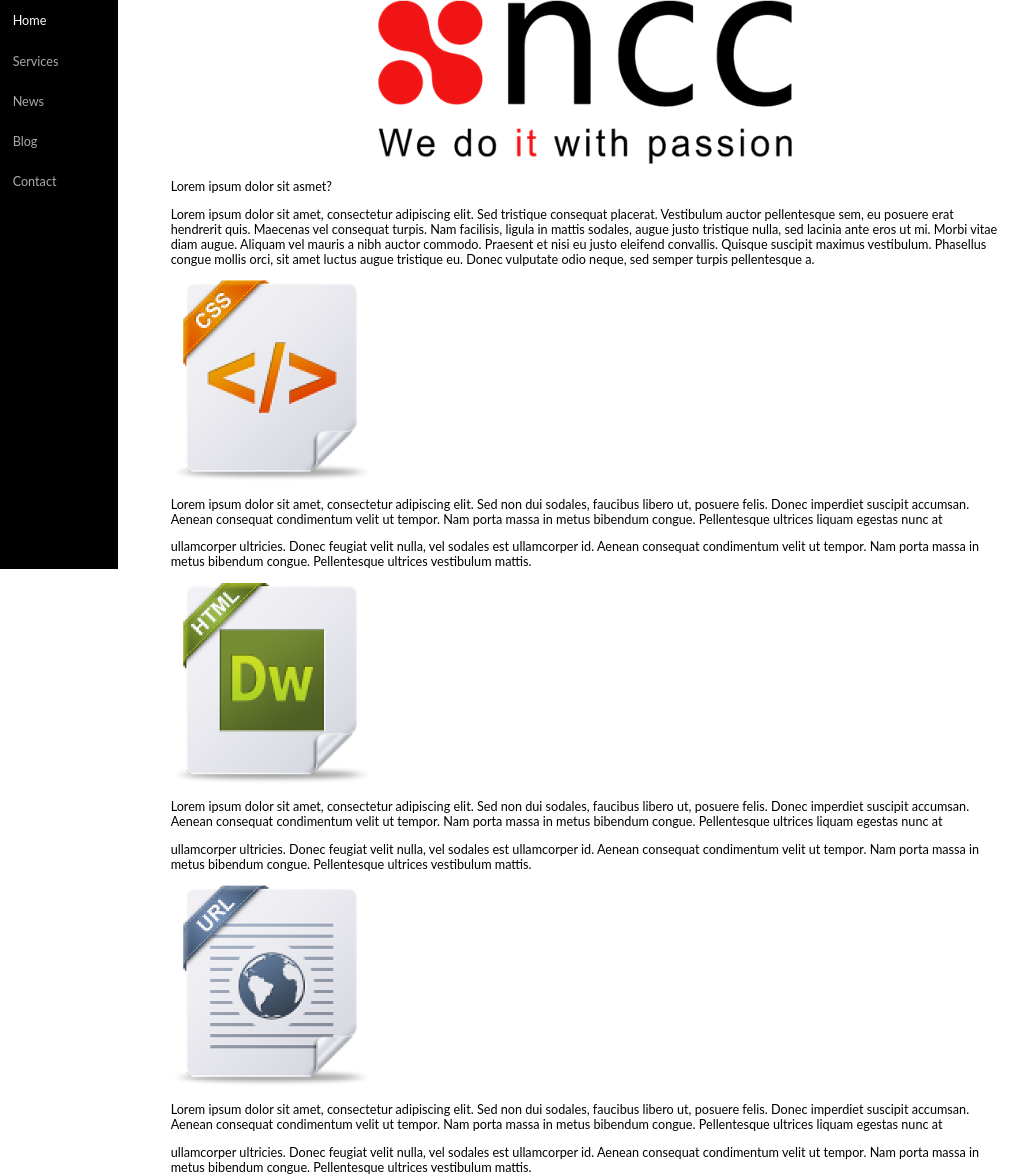
Repository: Chicken2k/testpv
Page: testpv.html
These files come from the project's save history. The page is drawn as it stood at one moment and after a run of saves; the edit follows.
The browser window is 1280 px wide. The pictures show the whole page, at 79% of full size.

Above is the page before, as saved 2022-05-09 17:36:27.

### testpv.html
<!DOCTYPE html>
<html lang="en">

<head>
  <meta charset="UTF-8">
  <meta http-equiv="X-UA-Compatible" content="IE=edge">
  <meta name="viewport" content="width=device-width, initial-scale=1.0">
  <title>Test Pv</title>
  <link rel="stylesheet" href="./testpv.css">
</head>

<body>
  <!-- Page Content -->
  <div class="sidebar">
    <a class="active" href="#home">Home</a>
    <a class="mau_sidebar" href="#news">Services</a>
    <a class="mau_sidebar" href="#news">News</a>
    <a class="mau_sidebar" href="#contact">Blog</a>
    <a class="mau_sidebar" href="#about">Contact</a>
  </div>

  <div class="content">
    <div class="anh1"><img src="./img/279228104_1352489911904387_625900338188127808_n.png" alt="anh1"></div>
    <div>
      <p>Lorem ipsum dolor sit asmet?</p>
      <p>
        Lorem ipsum dolor sit amet, consectetur adipiscing elit. Sed tristique consequat placerat. Vestibulum auctor
        pellentesque sem, eu posuere erat hendrerit quis. Maecenas vel consequat turpis. Nam facilisis, ligula in mattis
        sodales, augue justo tristique nulla, sed lacinia ante eros ut mi. Morbi vitae diam augue. Aliquam vel mauris a
        nibh auctor commodo. Praesent et nisi eu justo eleifend convallis. Quisque suscipit maximus vestibulum.
        Phasellus congue mollis orci, sit amet luctus augue tristique eu. Donec vulputate odio neque, sed semper turpis
        pellentesque a.
      </p>

    </div>
    <div>
      <div class="item1">
        <img src="./img/279432721_801750327865380_1720542181196649752_n.png" alt="anh2">
        <p>Lorem ipsum dolor sit amet, consectetur adipiscing elit. Sed non dui sodales, faucibus libero ut, posuere
          felis. Donec imperdiet suscipit accumsan. Aenean consequat condimentum velit ut tempor. Nam porta massa in
          metus bibendum congue. Pellentesque ultrices liquam egestas nunc at </p>
        <p>ullamcorper ultricies. Donec feugiat velit nulla, vel sodales est ullamcorper id. Aenean consequat
          condimentum velit ut tempor. Nam porta massa in metus bibendum congue. Pellentesque ultrices vestibulum
          mattis.</p>
      </div>
      <div class="item2">
        <img src="./img/280085061_1138122106748367_1606742270208814597_n.png" alt="anh3">
        <p>Lorem ipsum dolor sit amet, consectetur adipiscing elit. Sed non dui sodales, faucibus libero ut, posuere
          felis. Donec imperdiet suscipit accumsan. Aenean consequat condimentum velit ut tempor. Nam porta massa in
          metus bibendum congue. Pellentesque ultrices liquam egestas nunc at </p>
        <p>ullamcorper ultricies. Donec feugiat velit nulla, vel sodales est ullamcorper id. Aenean consequat
          condimentum velit ut tempor. Nam porta massa in metus bibendum congue. Pellentesque ultrices vestibulum
          mattis.</p>
      </div>
      <div class="item3">
        <img src="./img/279236302_307050408266746_3476048560508210445_n.png" alt="anh4">
        <p>Lorem ipsum dolor sit amet, consectetur adipiscing elit. Sed non dui sodales, faucibus libero ut, posuere
          felis. Donec imperdiet suscipit accumsan. Aenean consequat condimentum velit ut tempor. Nam porta massa in
          metus bibendum congue. Pellentesque ultrices liquam egestas nunc at </p>
        <p>ullamcorper ultricies. Donec feugiat velit nulla, vel sodales est ullamcorper id. Aenean consequat
          condimentum velit ut tempor. Nam porta massa in metus bibendum congue. Pellentesque ultrices vestibulum
          mattis.</p>
      </div>
    </div>
  </div>


</body>

</html>

### testpv.css
body {
  margin: 0;
  font-family: "Lato", sans-serif;
}

.sidebar {
  margin: 0;
  padding: 0;
  width: 150px;
  background-color: black;
  position: fixed;
  height: 100%;
  overflow: auto;

}

.sidebar a {
  display: block;
  color: #AAAAAA;
  padding: 16px;
  text-decoration: none;
}

.sidebar a.active {

  color: white;
}

.sidebar a:hover:not(.active) {
  background-color: #555;
  color: white;
}

div.content {
  margin-left: 200px;
  padding: 1px 16px;
  height: 1000px;
}
.anh1{
  text-align: center;


}

@media screen and (max-width: 700px) {
  .sidebar {
    width: 100%;
    height: auto;
    position: relative;
  }
  .sidebar a {float: left;}
  div.content {margin-left: 0;}
}

@media screen and (max-width: 400px) {
  .sidebar a {
    text-align: center;
    float: none;
  }
}

After the next 6 saves:
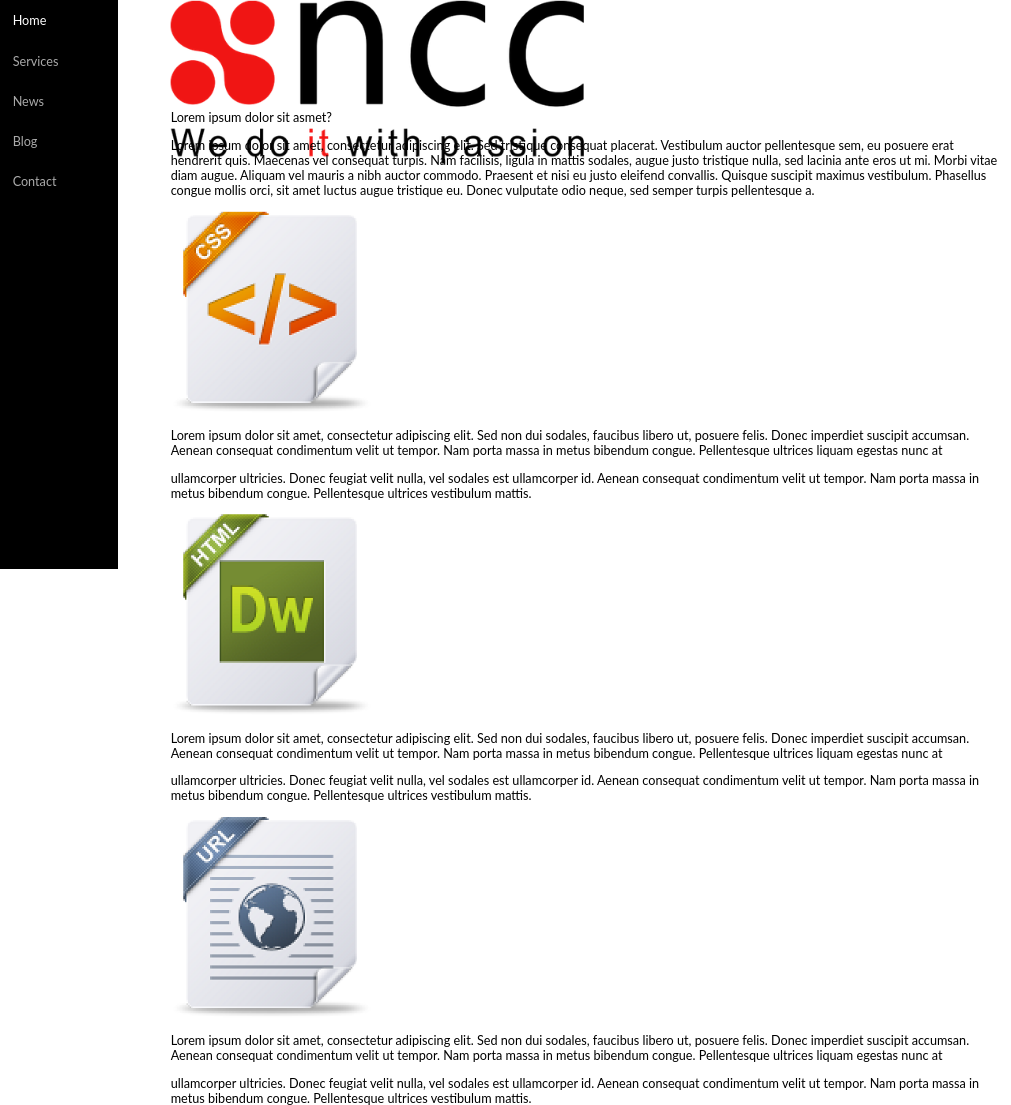
The 6 saves are shown as one change because they came seconds apart.
The last was saved 14 s later.
--- a/testpv.css
+++ b/testpv.css
@@ -38,7 +38,8 @@
 }
 .anh1{
   text-align: center;
-
+  width: 320px;
+  height: 122px;
 
 }
 

After the save that followed:
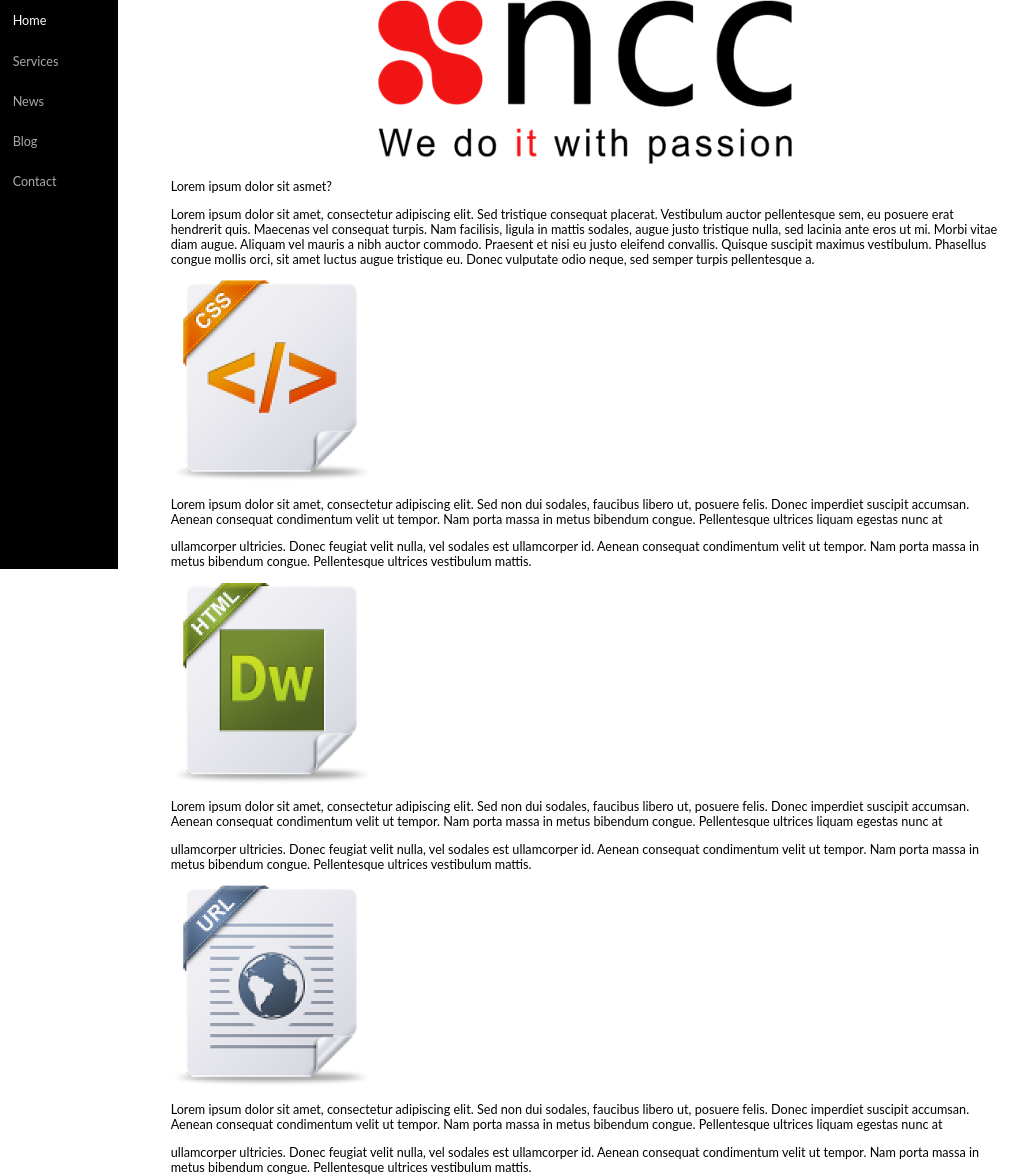
Saved 7 s later.
--- a/testpv.css
+++ b/testpv.css
@@ -38,8 +38,7 @@
 }
 .anh1{
   text-align: center;
-  width: 320px;
-  height: 122px;
+
 
 }
 
